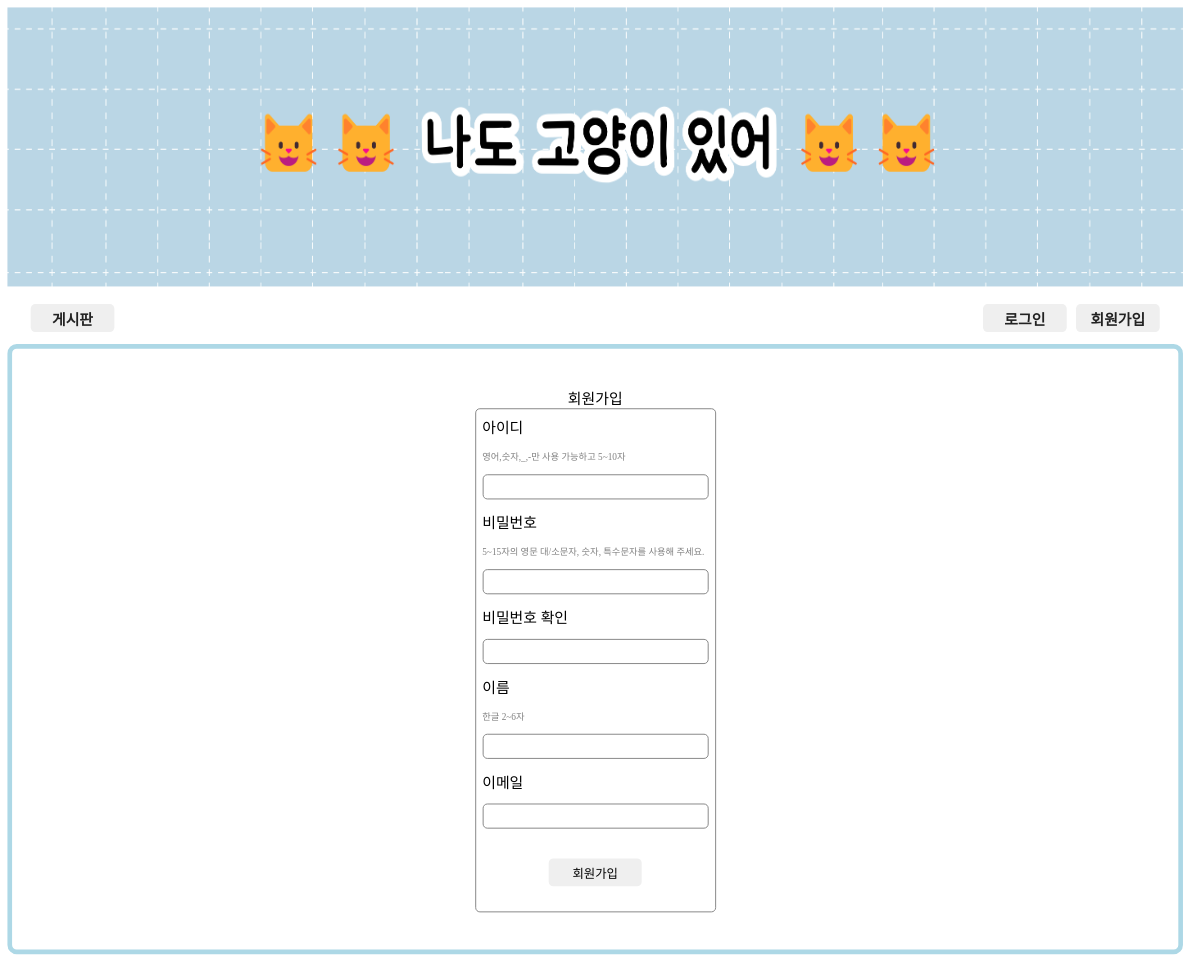
Repository: hh7711/Goit
Page: http://localhost/Goit/WEB-INF/views/signUpPage.jsp
The author's editor kept a copy of each file at every save. The page is drawn from the files as they stood at one save, then again after the next save.
The browser window is 1280 px wide. The pictures show the whole page, at 93% of full size.
Some web fonts or font styles are not loaded; a fallback is used. The page is served by Tomcat 9. Nobody is signed in. The template is opened directly, without the code that normally fills it, so the values that code supplies are empty.

Above is the page before, as saved 2023-08-03 07:12:11.

After the next save:
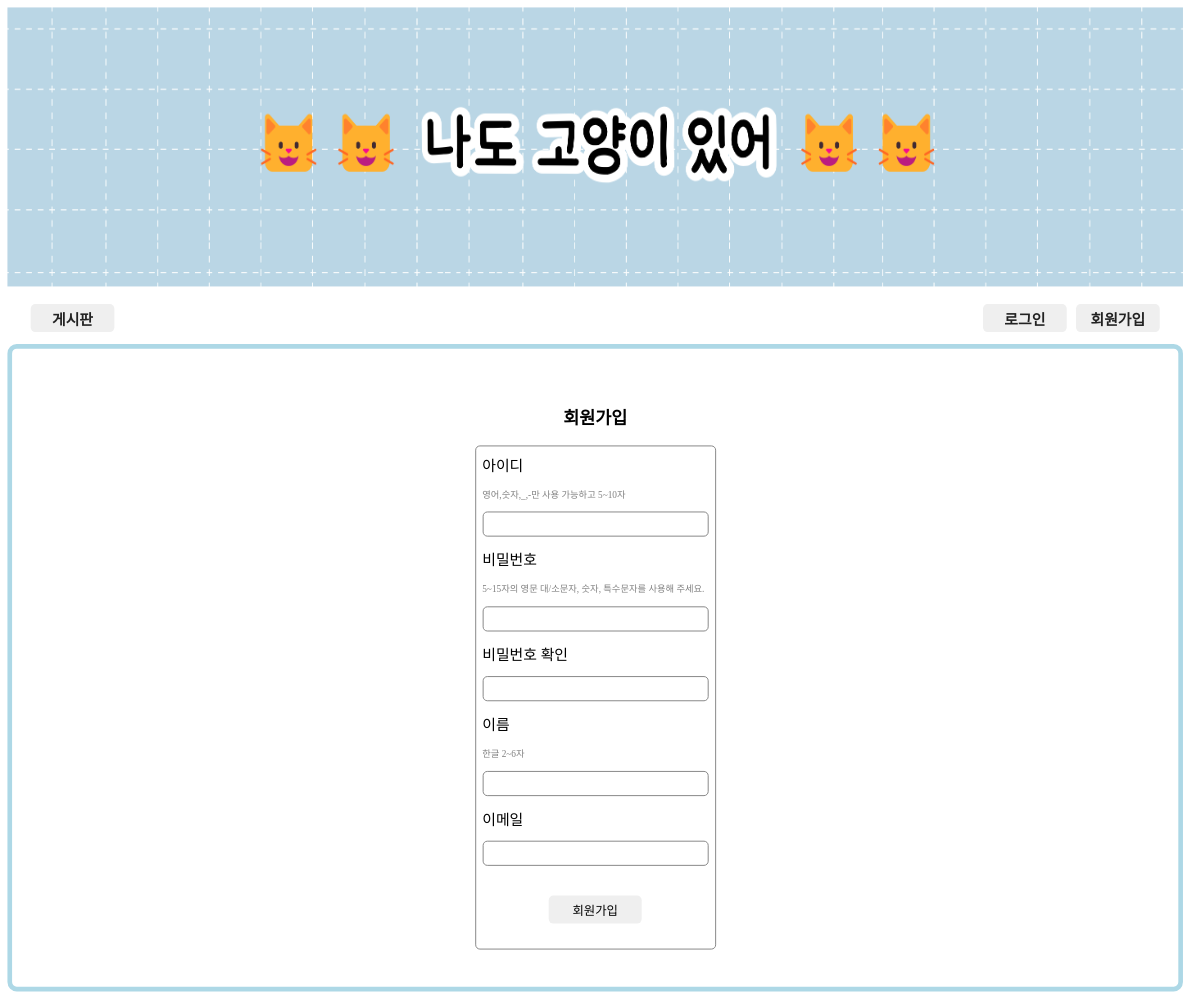
Saved 10 s later.
--- a/Goit/src/main/webapp/WEB-INF/views/signUpPage.jsp
+++ b/Goit/src/main/webapp/WEB-INF/views/signUpPage.jsp
@@ -103,7 +103,7 @@
 			<div><!-- 본문 -->
 				<form method="post" action="signUp" name="signup">
 					<table>
-						<caption>회원가입</caption>
+						<caption><h3>회원가입</h3></caption>
 						<tr>
 			                <td>아이디</td>
 						</tr>
